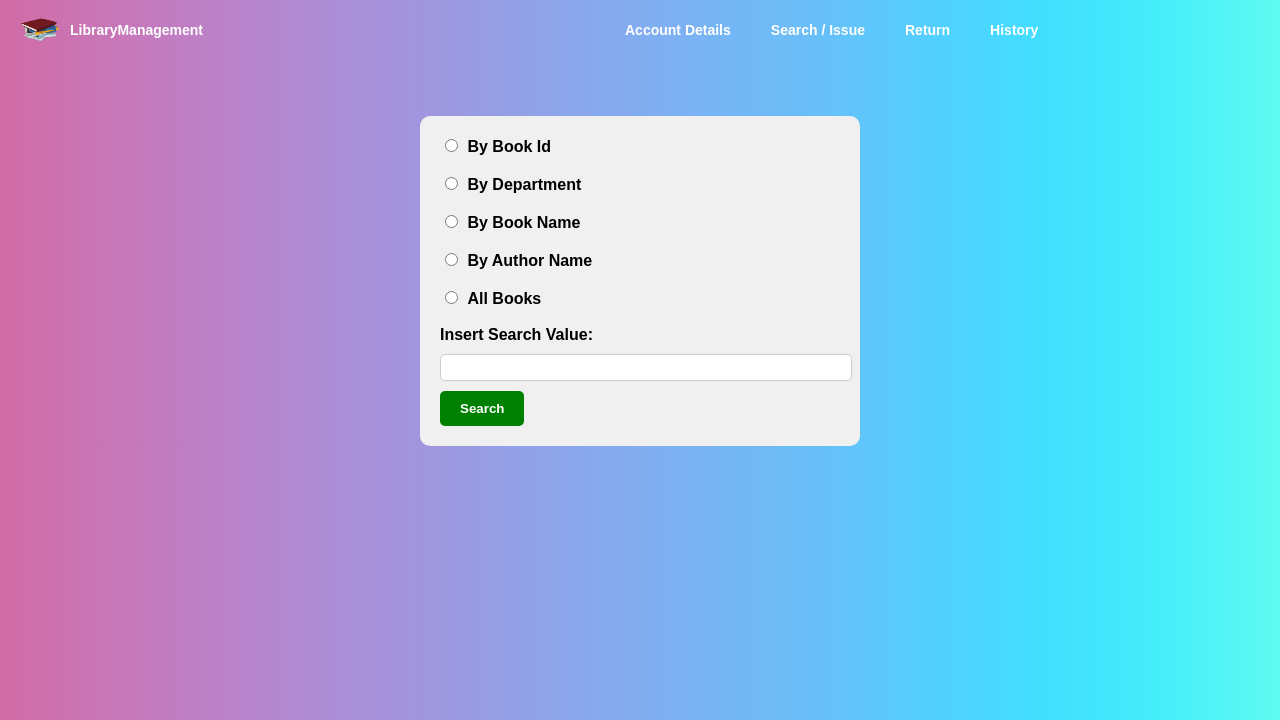
Repository: amitSai12/CMS
Page: http://localhost/LibraryManagementDemo/Search.jsp
These files come from the project's save history. The page is drawn as it stood at one moment and after the next save; the edit follows.
The browser window is 1280 px wide. The pictures show the whole page.
The page is served by Tomcat 9.

Above is the page before, as saved 2023-10-01 21:46:51.

After the next save:
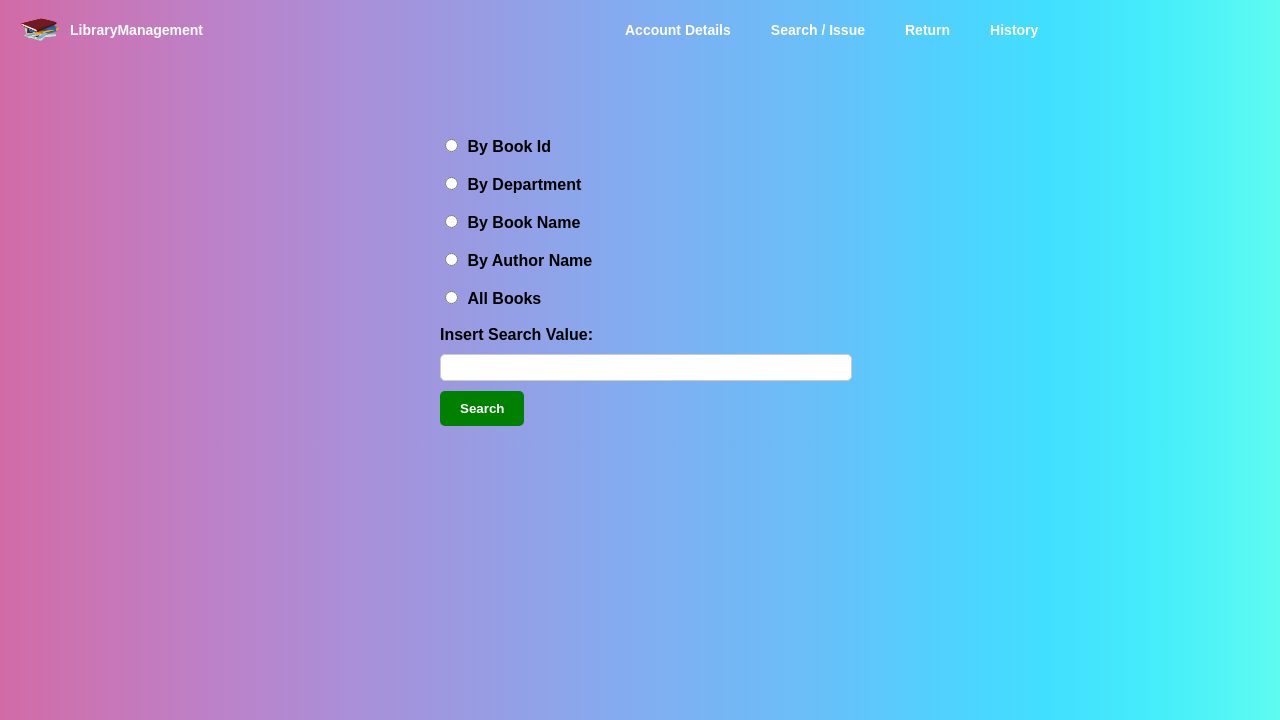
Saved 2 min 49 s later.
--- a/Day1_Thu/LibraryManagementDemo/src/main/webapp/AllBooks.css
+++ b/Day1_Thu/LibraryManagementDemo/src/main/webapp/AllBooks.css
@@ -47,7 +47,6 @@ tr:hover {
 
 .search-form {
   font-family: Arial, sans-serif;
-  background-color: #f0f0f0;
   padding: 20px;
   border-radius: 10px;
   max-width: 400px;
